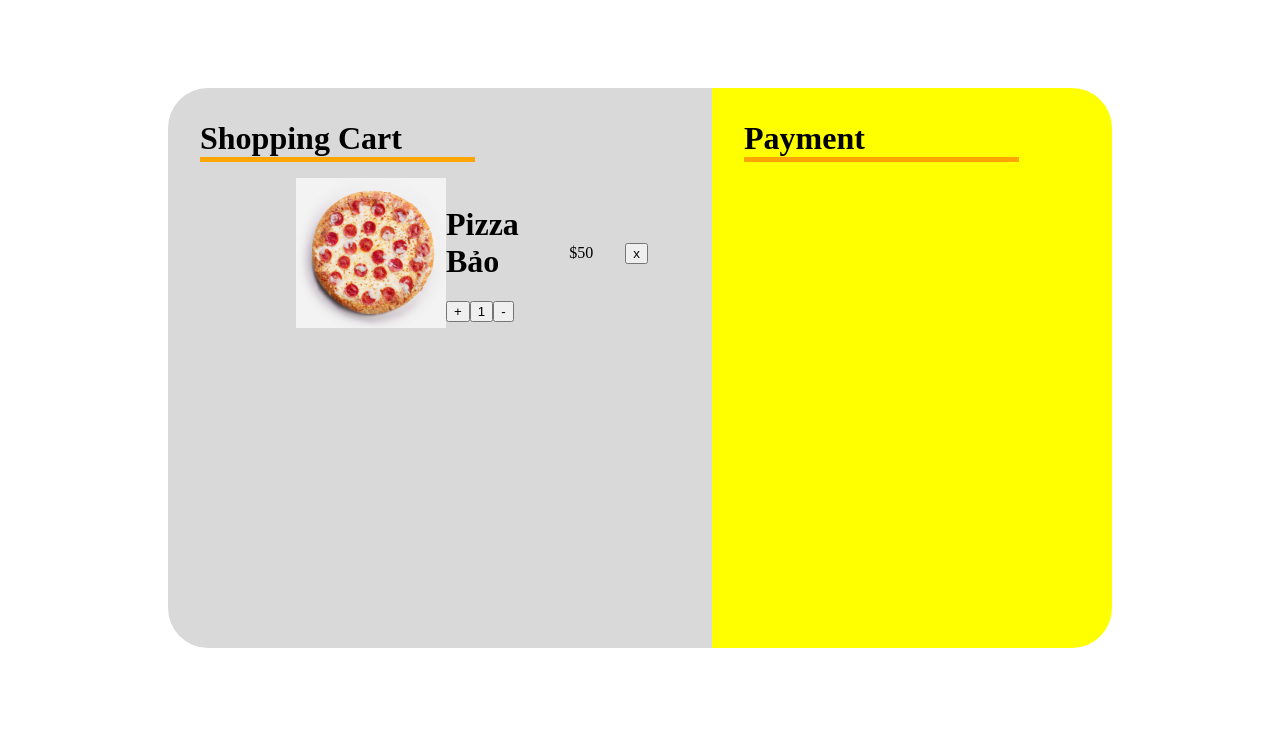
Repository: NDBaoFE/pizza-ordering-hiep
Page: /checkout
The author's editor kept a copy of each file at every save. The page is drawn from the files as they stood at one save, then again after the next save.
The browser window is 1280 px wide. The pictures show the whole page.
The project was rebuilt for these pictures with package versions that can differ from the ones it lists, and the page was loaded fresh each time.

Above is the page before, as saved 2022-08-27 22:12:21.

After the next save:
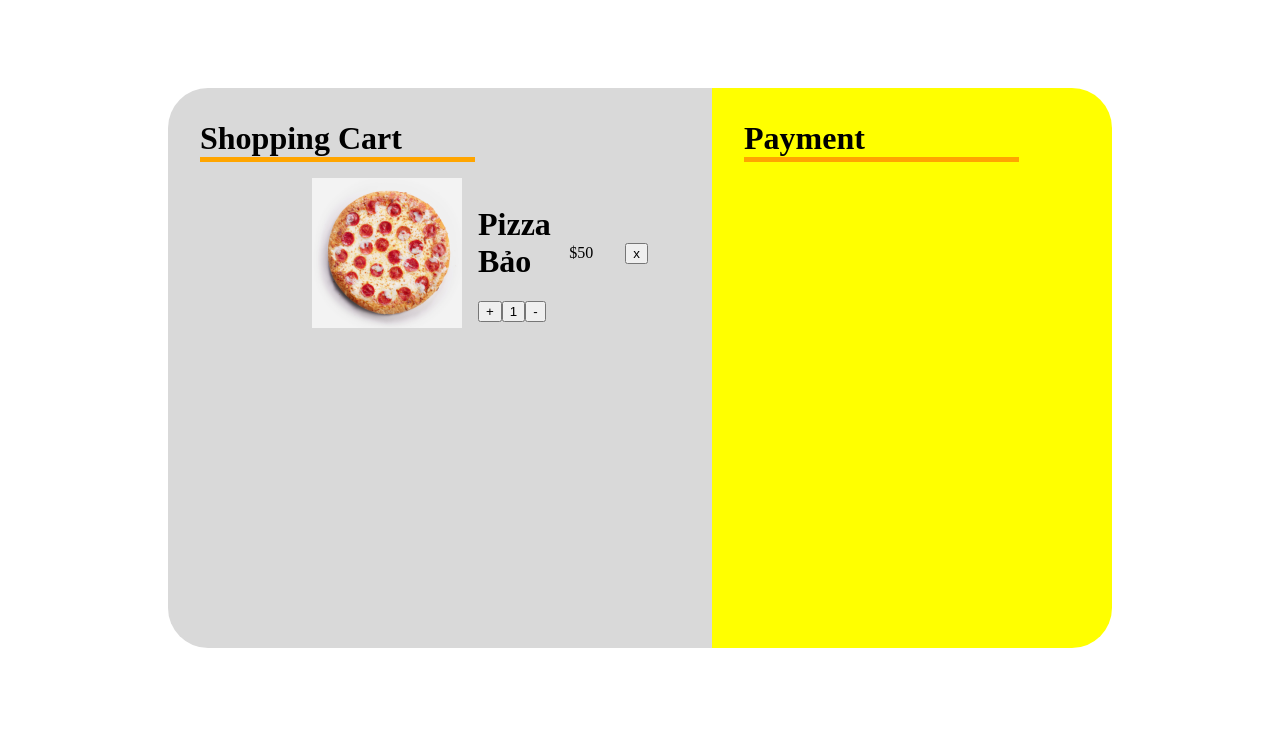
Saved 9 s later.
--- a/src/pages/Checkout/Checkout.styled.js
+++ b/src/pages/Checkout/Checkout.styled.js
@@ -49,6 +49,8 @@ export const Item = styled.ul`
 `
 
 export const Image = styled.img`
+  margin: 0 1rem;
+
   width: 150px;
 `
 export const Info = styled.div`
